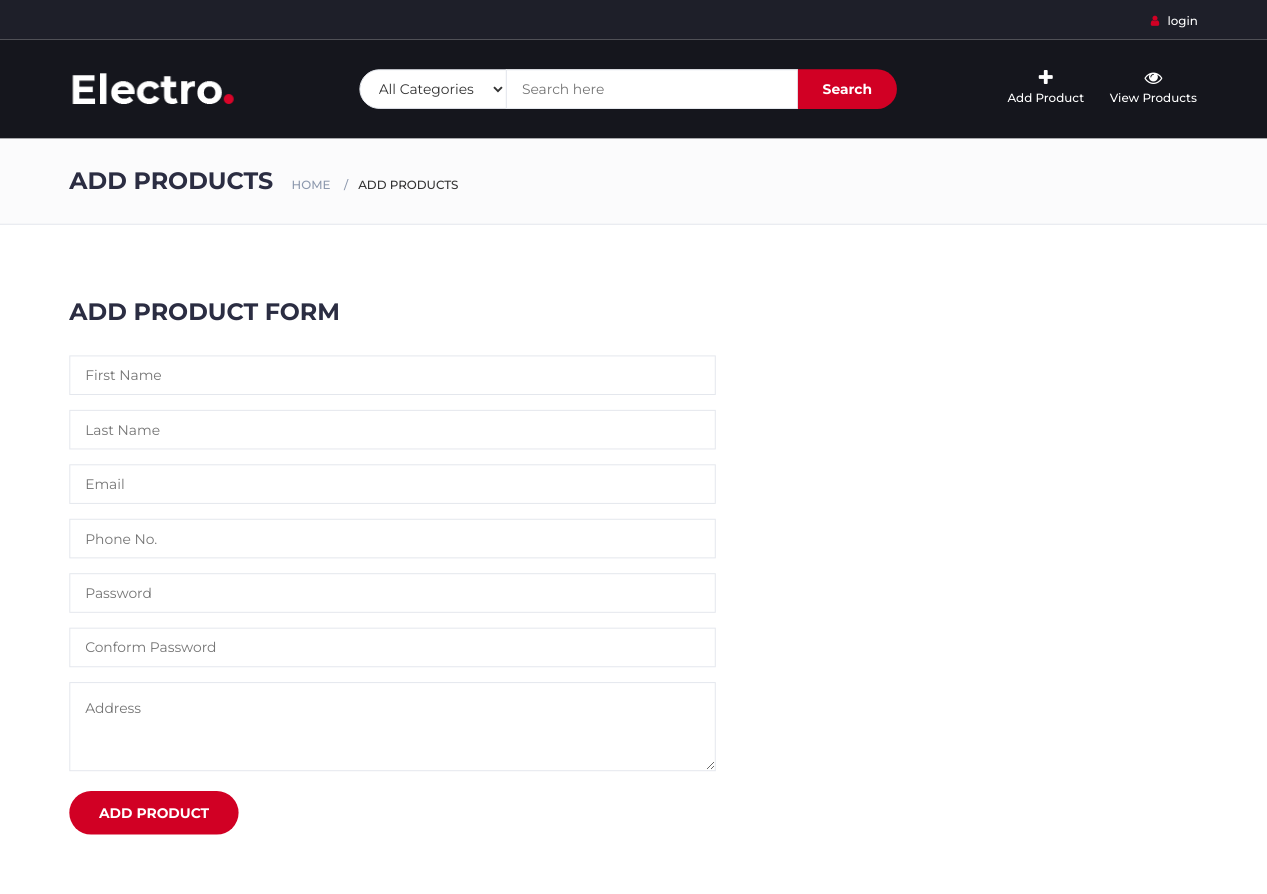
Repository: kinjalsavaliya263/JAVA
Page: http://localhost/electro-master/addproduct.jsp
These files come from the project's save history. The page is drawn as it stood at one moment and after the next save; the edit follows.
The browser window is 1280 px wide. The pictures show the whole page, at 99% of full size.
The page is served by Tomcat 9. The template is opened directly, without the code that normally fills it, so the values that code supplies are empty.

Above is the page before, as saved 2023-04-04 13:37:25.

After the next save:
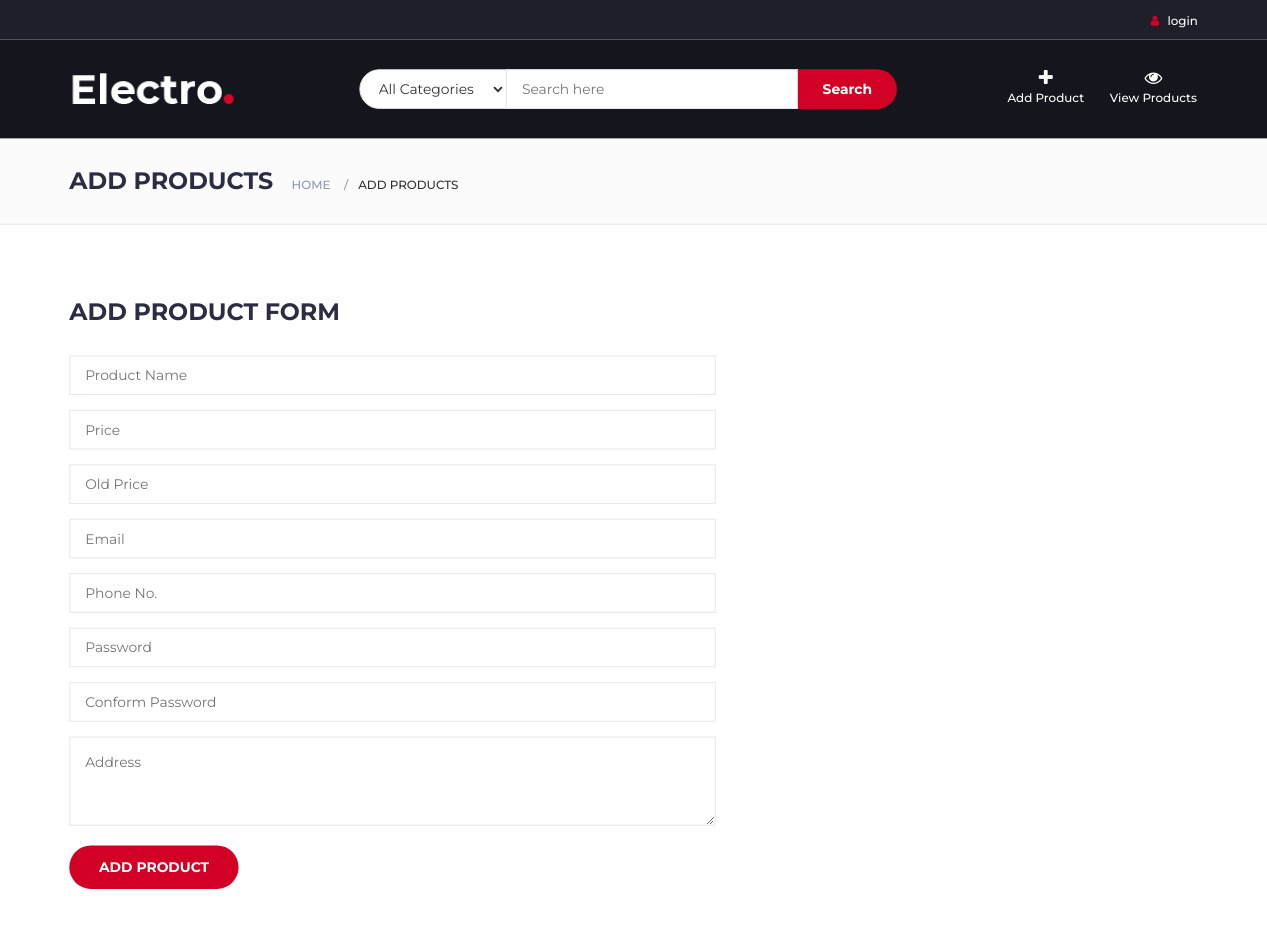
Saved 2 min 57 s later.
--- a/electro-master/src/main/webapp/addproduct.jsp
+++ b/electro-master/src/main/webapp/addproduct.jsp
@@ -48,12 +48,16 @@
 
 
 							<div class="form-group">
-								<input class="input" type="text" name="fname"
-									placeholder="First Name" id="fname">
+								<input class="input" type="text" name="pname"
+									placeholder="Product Name" id="pname">
 							</div>
 							<div class="form-group">
-								<input class="input" type="text" name="lname"
-									placeholder="Last Name" id="lname">
+								<input class="input" type="number" name="price"
+									placeholder="Price" id="price">
+							</div>
+							<div class="form-group">
+								<input class="input" type="number" name="oldprice"
+									placeholder="Old Price" id="oldprice">
 							</div>
 							<div class="form-group">
 								<input class="input" type="email" name="email"
